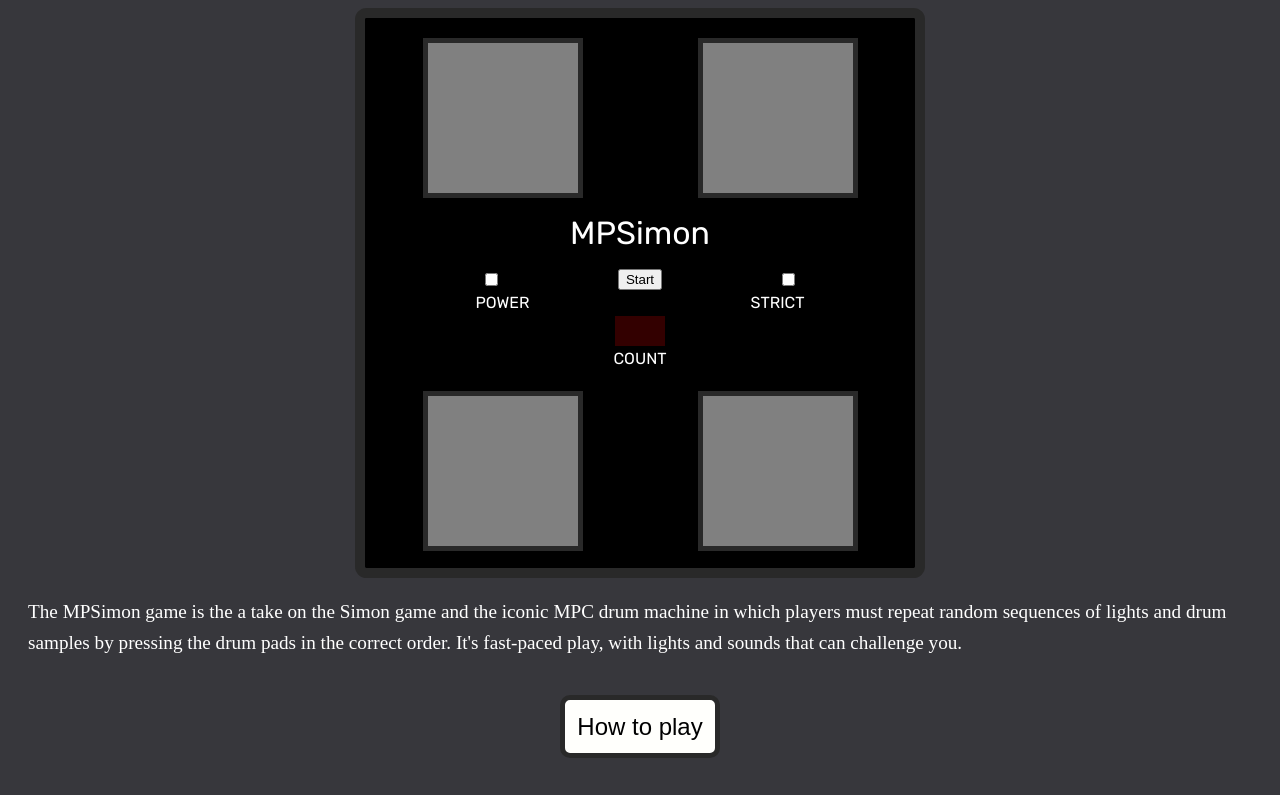
Repository: Neilfoster/MPSimon
Page: index.html
The author's editor kept a record of every edit. The page is drawn from the files as they stood at one moment, then again after the next edit.
The browser window is 1280 px wide. The pictures show the whole page.

Above is the page before.

### index.html
<!DOCTYPE html>

<html>

<head>
    <meta charset="UTF-8">
    <meta http-equiv="X-UA-Compatible" content="IE=edge,chrome=1">
    <meta name="viewport" content="width=device-width,initial-scale=1">
    <link href="https://fonts.googleapis.com/css?family=Rubik&display=swap" rel="stylesheet">
    <title>MPSimon</title>
    <link rel="stylesheet" href="css/style.css">
    <audio id="clip1">
      <source src="audio/hat.mp3"></source>
    </audio>
    <audio id="clip2">
      <source src="audio/kick.mp3"></source>
    </audio>
    <audio id="clip3">
      <source src="audio/snare1.mp3"></source>
    </audio>
    <audio id="clip4">
      <source src="audio/snare2.mp3"></source>
    </audio>
</head>

<body>
    <div id="outer-box">
        <div id="top-row">
            <div id="top-left"></div>
            <div id="top-right"></div>
        </div>
        <div id="inner-box">
            <div id="title" class="text-effect">MPSimon</div>
            <div id="switches">
                <input type="checkbox" class="toggle" id="on">
                <button type="button" id="start">Start</button>
                <input type="checkbox" class="toggle" id="strict">
            </div>
            <div class="text1">
                <span>POWER</span>
                <span>STRICT</span>
            </div>
            <div id="turn"></div>
            <div class="text2">
                COUNT
            </div>
        </div>
        <div id="bottom-row">
            <div id="bottom-left"></div>
            <div id="bottom-right"></div>
        </div>
    </div>

    <div class="rules">
        <p>The MPSimon game is the a take on the Simon game and the iconic MPC drum machine in which players must repeat random sequences of lights and drum samples by pressing the drum pads in the correct order. It's fast-paced play, with lights and sounds
            that can challenge you.</p>
        <button id="modalBtn" class="button">How to play</button>
        <div id="ruleModal" class="modal">
            <div class="modal-content">
                <div class="modal-header">
                    <span class="closeBtn">&times;</span>
                    <h2>How To Play</h2>
                </div>
                <div class="modal-body">
                    <ul>
                        <li>Turn the game on by selecting the power button and then pressing start.</li>
                        <li>MPSimon will give the first signal.</li>
                        <li>Repeat the signal by pressing the same pad.</li>
                        <li>MPSIMON will duplicate the first sound and will add one.</li>
                        <li>Repeat these two sounds by pressing the same pads.</li>
                        <li>MPSIMON will duplicate these first two sounds and add one.</li>
                        <li>Continue in this manner as long as you can repeat each sequence of sound correctly.</li>
                        <li>If you cannot repeat the sequence correctly , MPSIMON will repeat the sequence again until you can.</li>
                        <li>Selecting STRICT mode resets the pattern to the beginning if you get the sequence wrong.</li>
                        <li>To win the game repeat the sequence until it reaches 20 consecutive sounds.</li>
                    </ul>
                </div>
            </div>
        </div>
    </div>
    <script src="js/index.js"></script>
</body>

</html>

### css/style.css
body {
  color:white;
  font-family: 'Rubik', sans-serif;
  line-height: 1.6;
  /*background-image: url("../images/image-2.jpg");*/
  background-color:#37373c;
  background-position: center;
  background-repeat: no-repeat;
  background-size: cover;
}
.header{
  margin:2% 20%;
  padding: 0 5% ;
  border-radius: 10px;
  background: rgba(0,0,0,0.7);
}
.head-title{
  text-align:center;
  font-size:2rem;
  font-family: 'Rubik', sans-serif;
}
#outer-box {
  border: 10px solid #292929 ;
  border-radius: 2%;
  height:550px;
  width:550px;
  margin: auto;
  background-color: black
}
#top-row{
  display: flex;
  flex-direction: row;
  justify-content: space-around;
  margin-top:20px;
}
#bottom-row{
  display: flex;
  flex-direction: row;
  justify-content: space-around;
  margin-top:20px;
}
#inner-box{
  display: flex;
  flex-direction: column;
  justify-content: center;
}
#switches{
  display: flex;
  flex-direction: row;
  justify-content: center;
  }
#top-left {
  border:5px solid #292929;
  height:150px;
  width: 150px;
  background-color: grey;
}
#top-right {
  border: 5px solid #292929;
  height:150px;
  width: 150px;
  background-color: grey;
}
#bottom-left {
  border:5px solid #292929;
  height:150px;
  width: 150px;
  background-color: grey;
}
#bottom-right {
  border: 5px solid #292929;
  height:150px;
  width: 150px;
  background-color: grey;
}
#title {
  display: flex;
  flex-direction: row;
  justify-content: center;
  font-size: 2rem;
  padding: 10px 5px;
}
#turn {
  background: #330000;
  color: red;
  font-family: courier;
  font-size: 20px;
  height: 30px;
  width: 50px;
  text-align: center;
  vertical-align: middle;
  line-height: 30px;
  margin: auto;
}
.toggle {
  margin: auto;
}
.text1 {
  margin: 0;
  display: flex;
  flex-direction: row;
  justify-content: space-around;
  align-items: baseline;
}
.text2 {
  margin: auto;
}
.rules {
  padding: 0px 20px;
}

/*Button*/
.button {
  background-color:#fffffc;
 margin: 3% auto;
  font-size: 1.5rem;
  padding:1%;
  color: #000;
  border-radius:10px;
  display: block;
  text-align: center;
  border:5px solid #292929;
  }
.button:hover{
  background:#333;
}

/*modal*/
.modal{
  display: none;
  position: fixed;
  z-index: 1;
  left:0;top:0;
  height: 100%;
  width:100%;
  overflow: auto;
  background-color: rgba(0,0,0,0.7);
}
.modal-content{
  background-color: #f4f4f4;
  margin: 20% auto;
  color:black;
  width:60%;
  box-shadow: 0 5px 8px 0 rgba(0,0,0,0.2),
              0 7px 20px 0 rgba(0,0,0,0.2);
  animation-name: modalopen;
  animation-duration: 1s;
}
.modal-header{
  background:grey;
  padding:15px;
  color:#fff;
  text-align: center;
}
.modal-body{
  padding: 10px 20px;
}
.closeBtn{
  color: #fff;
  float:right;
  font-size:30px;
}
.closeBtn:hover,.closeBtn:focus{
  color:#000;
  text-decoration:none;
  cursor:pointer;
}
.rules {
  font-family: 'Merriweather', serif;
  font-size:1.2rem;
  display: block;
}
@keyframes modalopen{
  from{ opacity: 0}
  to {opacity: 1}
}


@media only screen and (max-width: 768px) {
  #outer-box {
  border: 10px solid #292929 ;
  border-radius: 2%;
  height:800px;
  width:500px;
  margin: auto;
  background-color: black
}
#inner-box{
  padding:20% 0;
}
.header {
  display:none;
}
}

### js/index.js
//variables
let order = [] ;
let playerOrder = [] ;
let flash ;
let turn ;
let good ;
let compTurn ;
let intervalID ;
let strict = false ;
let noise = true ;
let on = false ;
let win ;

const turnCounter = document.getElementById("turn");
const topLeft = document.getElementById("top-left");
const topRight = document.getElementById("top-right");
const bottomLeft = document.getElementById("bottom-left");
const bottomRight = document.getElementById("bottom-right");
const strictButton = document.getElementById("strict");
const onButton = document.getElementById("on");
const startButton = document.getElementById("start");
// Strick mode setting
strictButton.addEventListener('click', (event) => {
  if (strictButton.checked == true) {
    strict = true;
  } else {
    strict = false;
  }
});
// Counter
onButton.addEventListener('click', (event) => {
  if (onButton.checked == true) {
    on = true;
    turnCounter.innerHTML = "-";
  } else {
    on = false;
    turnCounter.innerHTML = "";
    clearColor();
    clearInterval(intervalId);
  }
});
//Start Button
startButton.addEventListener('click', (event) => {
  if (on || win) {
    play();
  }
});
// Gameplay function
function play() {
  win = false;
  order = [];
  playerOrder = [];
  flash = 0;
  intervalId = 0;
  turn = 1;
  turnCounter.innerHTML = 1;
  good = true;
  for (var i = 0; i < 20; i++) {
    order.push(Math.floor(Math.random() * 4) + 1);
  }
  compTurn = true;
  intervalId = setInterval(gameTurn, 800);
}

function gameTurn() {
  on = false;

  if (flash == turn) {
    clearInterval(intervalId);
    compTurn = false;
    clearColor();
    on = true;
  }

  if (compTurn) {
    clearColor();
    setTimeout(() => {
      if (order[flash] == 1) one();
      if (order[flash] == 2) two();
      if (order[flash] == 3) three();
      if (order[flash] == 4) four();
      flash++;
    }, 200);
  }
}
//pads
function one (){
  if (noise) {
    let audio = document.getElementById('clip1');
    audio.play();
  }
  noise = true;
  topLeft.style.backgroundColor = "#63a785";
}

function two (){
  if (noise) {
    let audio = document.getElementById('clip2');
    audio.play();
  }
  noise = true;
  topRight.style.backgroundColor = "#a76b6b";
}

function three (){
  if (noise) {
    let audio = document.getElementById('clip3');
    audio.play();
  }
  noise = true;
  bottomLeft.style.backgroundColor = "#9da76b";
}

function four (){
  if (noise) {
    let audio = document.getElementById('clip4');
    audio.play();
  }
  noise = true;
  bottomRight.style.backgroundColor = "#6c6ba7";
}

 function clearColor() {
   topLeft.style.backgroundColor = "grey";
   topRight.style.backgroundColor = "grey";
   bottomRight.style.backgroundColor = "grey";
   bottomLeft.style.backgroundColor = "grey";
}
function flashColor() {
  topLeft.style.backgroundColor = "#63a785";
  topRight.style.backgroundColor = "#a76b6b";
  bottomRight.style.backgroundColor = "#9da76b";
  bottomLeft.style.backgroundColor = "#6c6ba7";
}
//Clear flash on pads
topLeft.addEventListener('click', (event) => {
  if (on) {
    playerOrder.push(1);
    check();
    one();
    if(!win) {
      setTimeout(() => {
        clearColor();
      }, 300);
    }
  }
})

topRight.addEventListener('click', (event) => {
  if (on) {
    playerOrder.push(2);
    check();
    two();
    if(!win) {
      setTimeout(() => {
        clearColor();
      }, 300);
    }
  }
})

bottomLeft.addEventListener('click', (event) => {
  if (on) {
    playerOrder.push(3);
    check();
    three();
    if(!win) {
      setTimeout(() => {
        clearColor();
      }, 300);
    }
  }
})

bottomRight.addEventListener('click', (event) => {
  if (on) {
    playerOrder.push(4);
    check();
    four();
    if(!win) {
      setTimeout(() => {
        clearColor();
      }, 300);
    }
  }
})
// Function to check if order correct
function check() {
  if (playerOrder[playerOrder.length - 1] !== order[playerOrder.length - 1])
    good = false;

  if (playerOrder.length ==20 && good) {
    winGame();
  }

  if (good == false) {
    flashColor();
    turnCounter.innerHTML = "NO!";
    setTimeout(() => {
      turnCounter.innerHTML = turn;
      clearColor();
// Strict mode
      if (strict) {
        play();
      } else {
        compTurn = true;
        flash = 0;
        playerOrder = [];
        good = true;
        intervalId = setInterval(gameTurn, 800);
      }
    }, 800);

    noise = false;
  }

  if (turn == playerOrder.length && good && !win) {
    turn++;
    playerOrder = [];
    compTurn = true;
    flash = 0;
    turnCounter.innerHTML = turn;
    intervalId = setInterval(gameTurn, 800);
  }

}
// Function for winning game
function winGame() {
  flashColor();
  turnCounter.innerHTML = "WIN!";
  on = false;
  win = true;
}

////Modal

// Get Modal Element
let modal = document.getElementById("ruleModal");
// Get open modal button
let modalBtn = document.getElementById("modalBtn");
// get close button
let closeBtn = document.getElementsByClassName("closeBtn")[0];

//Listen for  open click
modalBtn.addEventListener('click',openModal);
//Listen for close click
closeBtn.addEventListener('click',closeModal);
//Listen for outside click
window.addEventListener('click', clickOutside)
// Function to open modal
function openModal(){
  modal.style.display = 'block' ;
}
// Function to close modal
function closeModal(){
  modal.style.display = 'none' ;
}
// Function to close modal if outside click
function clickOutside(e){
  if(e.target == modal){
  modal.style.display = 'none' ;
  }
}

After the next edit:
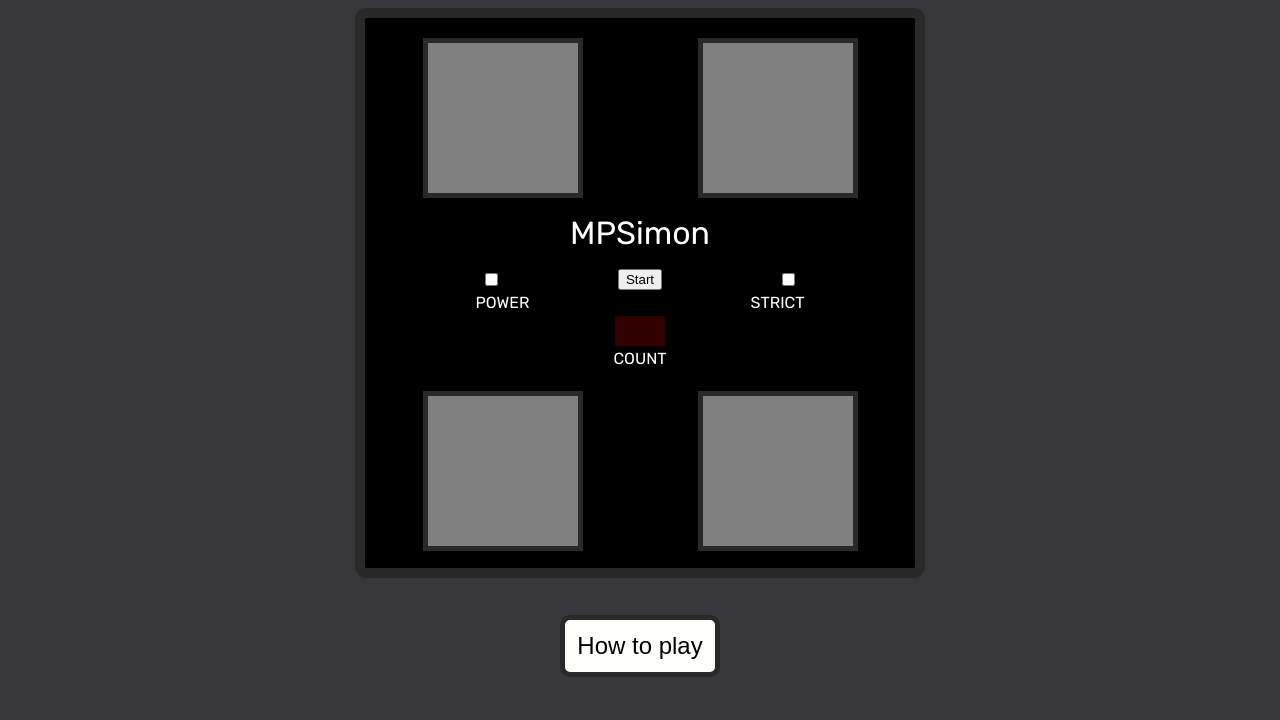
The edit:
--- a/index.html
+++ b/index.html
@@ -52,8 +52,6 @@
     </div>
 
     <div class="rules">
-        <p>The MPSimon game is the a take on the Simon game and the iconic MPC drum machine in which players must repeat random sequences of lights and drum samples by pressing the drum pads in the correct order. It's fast-paced play, with lights and sounds
-            that can challenge you.</p>
         <button id="modalBtn" class="button">How to play</button>
         <div id="ruleModal" class="modal">
             <div class="modal-content">
